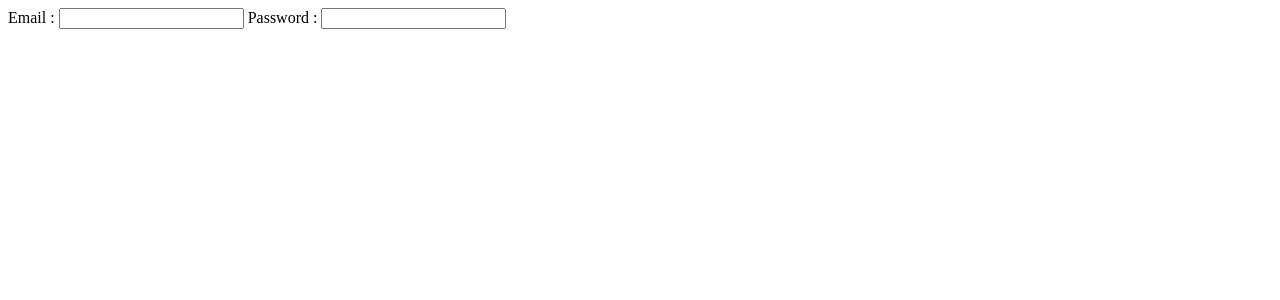
Repository: runeshgazane/Advance_Java_Practice
Page: Day2/Day2_1/src/main/webapp/login.html
An editor plug-in stored every save of this project. The page is shown before and after the next save, followed by the edit.
The browser window is 1280 px wide. The pictures show the whole page.

Above is the page before, as saved 2023-01-19 09:13:25.

### Day2/Day2_1/src/main/webapp/login.html
<!DOCTYPE html>
<html>
<head>
<meta charset="ISO-8859-1">
<title>Insert title here</title>
</head>
<body>
	<form>
		Email : <input type="email" id="email" name="email">
		Password : <input type="password" id="password" name="password">

	</form>
</body>
</html>

After the next save:
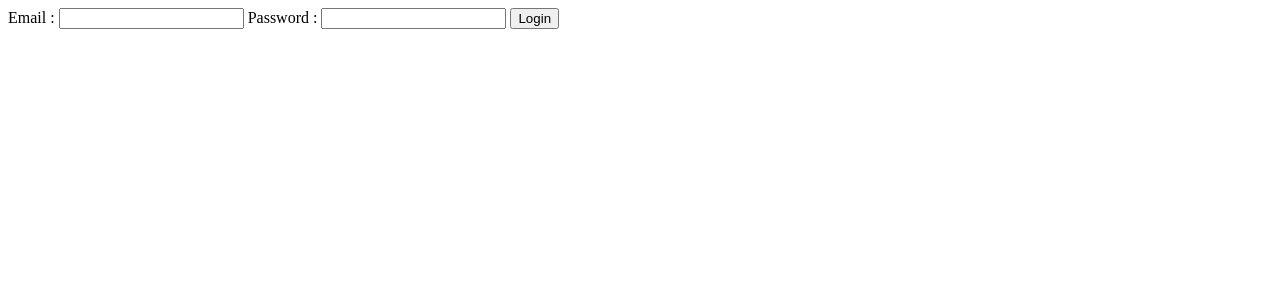
Saved 40 s later.
--- a/Day2/Day2_1/src/main/webapp/login.html
+++ b/Day2/Day2_1/src/main/webapp/login.html
@@ -8,7 +8,7 @@
 	<form>
 		Email : <input type="email" id="email" name="email">
 		Password : <input type="password" id="password" name="password">
-
+		<button type="submit" id="btn" name="btn" value="submit">Login</button>
 	</form>
 </body>
 </html>
